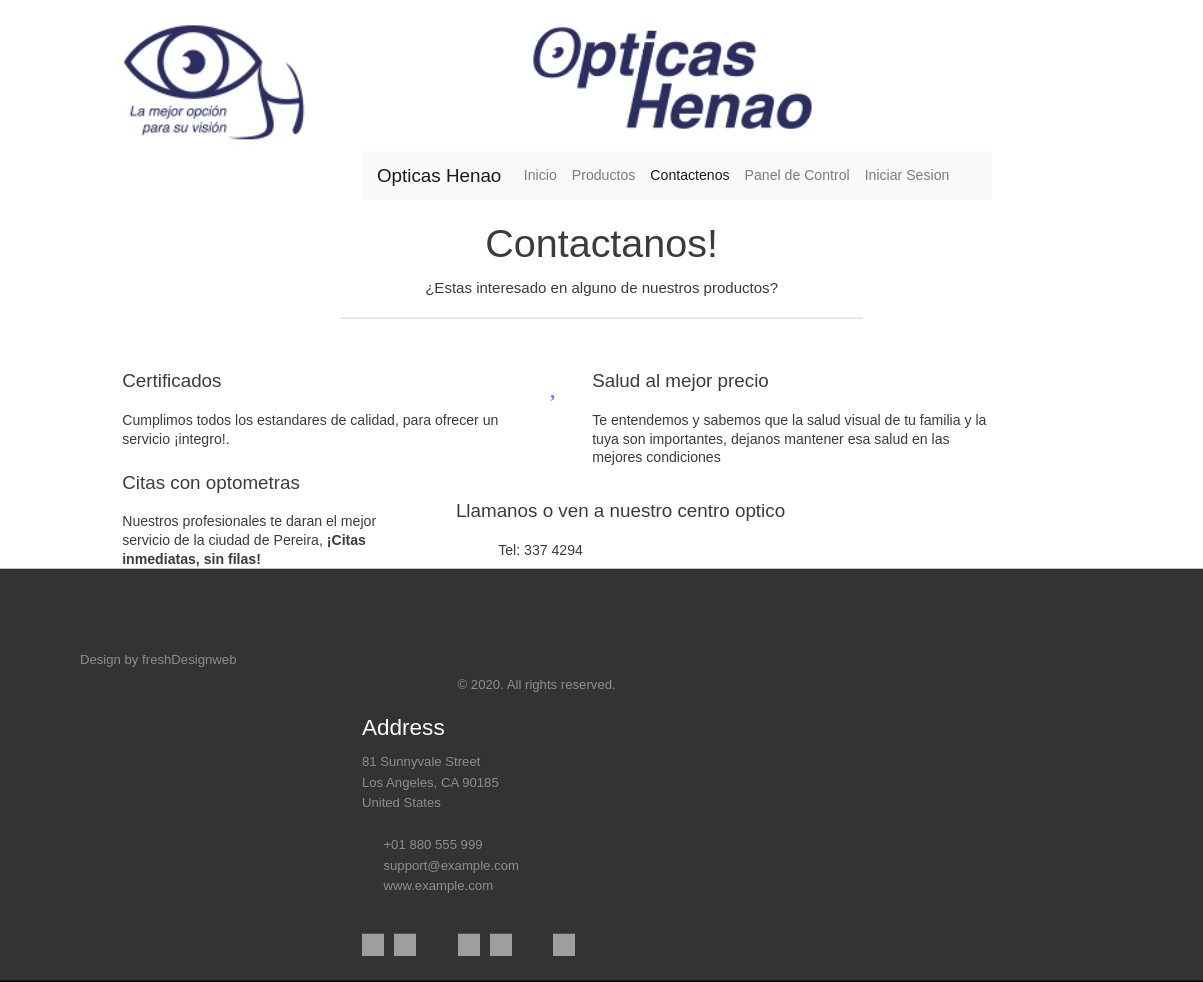
Repository: camilo1505/optometra
Page: contactanos.html
These files come from the project's save history. The page is drawn as it stood at one moment and after a run of saves; the edit follows.
The browser window is 1280 px wide. The pictures show the whole page, at 94% of full size.
Pictures or frames that could not be fetched are drawn as grey boxes. Some web fonts or font styles are not loaded; a fallback is used.

Above is the page before, as saved 2019-04-14 21:57:07.
Console error (its wording comes from the project's code and is left out).

### contactanos.html
<!DOCTYPE html>
<html lang="es">

<head>
  <meta charset="UTF-8">
  <meta name="viewport" content="width=device-width, initial-scale=1.0">
  <title>Opticas Henao</title>
  <link href="css/styles.css" rel="stylesheet">
  <link href="css/bootstrap-override.css" rel="stylesheet">
  <link href="css/font-awesome/font-awesome.css" rel="stylesheet">
  <link rel="stylesheet" href="css/flexslider.css" type="text/css" media="screen">
</head>

<body>
  <header id="header">
    <div class="container">
      <div class="row t-container">
        <div class="span3">
          <div class="logo">
            <a href="index.html"><img src="logo.png" alt="" /></a>
          </div>
        </div>
        <div class="span7">
          <div class="row space10"></div>
          <img src="nombre.png" alt="">
          <nav class="navbar navbar-expand-lg navbar-light bg-light">
            <a class="navbar-brand" href="index.html">Opticas Henao</a>
            <button class="navbar-toggler" type="button" data-toggle="collapse" data-target="#navbarSupportedContent"
              aria-controls="navbarSupportedContent" aria-expanded="false" aria-label="Toggle navigation">
              <span class="navbar-toggler-icon"></span>
            </button>
            <div class="collapse navbar-collapse" id="navbarNav">
              <ul class="navbar-nav">
                <li>
                  <a class="nav-link" href="index.html">Inicio<span class="sr-only">(current)</span></a>
                </li>
                <li>
                  <a class="nav-link" href="productos.php">Productos<span class="sr-only">(current)</span></a>
                </li>
                <li class="nav-item active">
                  <a class="nav-link" href="contactanos.html">Contactenos<span class="sr-only">(current)</span></a>
                </li>
                <li>
                  <a class="nav-link" href="php/panel-control.php">Panel de Control<span class="sr-only">(current)</span></a>
                </li>
                <li>
                    <a class="nav-link" href="login.html">Iniciar Sesion<span class="sr-only">(current)</span></a>
                </li>
              </ul>
            </div>
          </nav>
        </div>
      </div>
  </header>

  <div id="content">
    <div class="container">
      <div class="f-center">
        <h2>Contactanos!</h2>
        <div class="head-info">
          ¿Estas interesado en alguno de nuestros productos?
        </div>
      </div>
      <div class="f-hr"></div>
      <div class="row space50"></div>
      <div class="row">
        <div class="span12">
          <div class="row">
            <!-- Service Container -->
            <div class="span5">
              <!-- Service Icon -->
              <div class="ic-1"><i class="icon-ok"></i></div>
              <!-- Service Title -->
              <div class="title-1">
                <h4>Certificados</h4>
              </div>
              <!-- Service Content -->
              <div class="text-1">
                Cumplimos todos los estandares de calidad, para ofrecer un servicio ¡integro!.
              </div>
            </div>
            <!-- Service Container End -->
            <div class="span5">
              <div class="ic-1"><i class="icon-heart"></i></div>
              <div class="title-1">
                <h4>Salud al mejor precio</h4>
              </div>
              <div class="text-1">
                Te entendemos y sabemos que la salud visual de tu familia y la tuya son importantes, dejanos mantener esa salud en las mejores condiciones
              </div>
            </div>
            <div class="span4">
              <div class="ic-1"><i class="icon-eye-open"></i></div>
              <div class="title-1">
                <h4>Citas con optometras</h4>
              </div>
              <div class="text-1">
                Nuestros profesionales te daran el mejor servicio de la ciudad de Pereira,<b> ¡Citas inmediatas, sin filas!</b>
              </div>
            </div>
            <!-- Service Container -->
            <div class="span4">
              <!-- Service Icon -->
              <div class="ic-1"><i class="icon-phone"></i></div>
              <!-- Service Title -->
              <div class="title-1">
                <h4>Llamanos o ven a nuestro centro optico</h4>
              </div>
              <!-- Service Content -->
              <div class="text-1">
                Tel: 337 4294

              </div>
            </div>
          </div>
        </div>
      </div>
    </div>
  </div>
  <!-- Content End -->

  <!-- Footer -->
  <footer id="footer">
    <div class="container">

      <div class="row space50"></div>
      <div class="row">
        <div class="span6">
          <div class="logo-footer">
            Design by <a href="https://www.freshdesignweb.com">freshDesignweb</a>
          </div>
        </div>
        <div class="span6 right">
          &copy; 2020. All rights reserved.
        </div>
        <div class="span3 offset3">
          <h3>Address</h3>
          81 Sunnyvale Street<br>
          Los Angeles, CA 90185<br>
          United States<br>
          <br>
          <i class="icon-phone"></i>+01 880 555 999<br>
          <i class="icon-envelope"></i><a href="mailto:support@example.com">support@example.com</a><br>
          <i class="icon-home"></i><a href="#">www.example.com</a>

          <div class="row space40"></div>

          <a href="#" class="social-network sn2 behance"></a>
          <a href="#" class="social-network sn2 facebook"></a>
          <a href="#" class="social-network sn2 pinterest"></a>
          <a href="#" class="social-network sn2 flickr"></a>
          <a href="#" class="social-network sn2 dribbble"></a>
          <a href="#" class="social-network sn2 lastfm"></a>
          <a href="#" class="social-network sn2 forrst"></a>
          <a href="#" class="social-network sn2 xing"></a>
        </div>
      </div>

    </div>
  </footer>
  <!-- Footer End -->
  <!-- JavaScripts -->
  <script type="text/javascript" src="js/jquery-1.8.3.min.js"></script>
  <script type="text/javascript" src="js/bootstrap.min.js"></script>
  <script type="text/javascript" src="js/functions.js"></script>
  <script type="text/javascript" defer src="js/jquery.flexslider.js"></script>
</body>

</html>

### css/bootstrap-override.css
/*  Resolutions below 1200px  */

@media (max-width: 1200px) {

  #header {
	  height:auto;
  }
  #titlebar h3{ padding-left:10px;}
  .texture{
    left:-148px;
    width:560px;
  }

  .texture-footer {
    width:68%;
    right:-130px;
  }

  .logo {
    margin-top:60px;
  }

  .form-main input, .form-main textarea {
    width:93.7%;
  }

  .form-comment input {
    width:92.2%;
  }

  .form-comment textarea {
    width:96.2%;
  }

  #map {
    height:220px;
  }

}

/*  Resolutions below 980px  */

@media (max-width: 980px) {

  #header {
    height:auto;
  }

  .texture{
    left:-116px;
    width:440px;
  }

  .texture-footer {
    width:70%;
    top:0px;
    right:-102px;
  }

  .logo {
    margin-top:45px;
  }

  .form-main input, .form-main textarea {
    width:92%;
  }

  .form-comment input {
    width:89.5%;
  }

  .form-comment textarea {
    width:95%;
  }

  #map {
    height:166px;
  }

}

/*  Resolutions below 768px  */

@media (max-width: 768px) {

  #header, #footer, #content {
    padding:0 12px;
  }

  #header {
    height:auto;
  }

  .h-button {
    position:relative;
  }

  #our-clients img {
    width:auto !important;
    float:left;
  }

  .f-right {
    float:left !important;
  }

  .right {
    text-align:left !important;
  }

  .text-1 {
    padding:0px !important;
  }

  .back-top {
    top:0px !important;
    float:left !important;
  }

  .search-box {
    clear:both;
  }

  .search {
    width:83%;
    padding-left:2%;
  }

  /* vertical padding for span* */
  [class*="span"] {
    margin-bottom: 12px !important;
  }

  /* height of space* */
  [class*="space"] {
    height:10px !important;
  }

  h1 {
    padding-top:0px;
  }

    /* Main Navigation - Hidden */
  .navbar .nav {
    display:none !important;
  }

  .navbar {
    float:left !important;
    width:100%;
  }

  /* Select Box Navigation - Show */
  .navbar .nav-responsive {
    display:block !important;
    width:100%;
    clear:both;
  }

  .logo {
    width:200px;
  }

  .texture {
    display:none !important;
  }

  .texture-footer {
    display:none;
  }

  .form-main input, .form-main textarea {
    width:96%;
    padding-left:2%;
    padding-right:2%;
  }

  .form-comment input {
    width:92%;
    padding-left:2%;
    padding-right:2%;
  }

  .form-comment textarea {
    width:92%;
    padding-left:2%;
    padding-right:2%;
  }

}

### css/flexslider.css
/*
 * jQuery FlexSlider v2.0
 * http://www.woothemes.com/flexslider/
 *
 * Copyright 2012 WooThemes
 * Free to use under the GPLv2 license.
 * http://www.gnu.org/licenses/gpl-2.0.html
 *
 * Contributing author: Tyler Smith (@mbmufffin)
 */


/* Browser Resets */
.flex-container a:active,
.flexslider a:active,
.flex-container a:focus,
.flexslider a:focus  {outline: none;}
.slides,
.flex-control-nav,
.flex-direction-nav {margin: 0; padding: 0; list-style: none;}

/* FlexSlider Necessary Styles
*********************************/
.flexslider {margin: 0; padding: 0;}
.flexslider .slides > li {display: none; -webkit-backface-visibility: hidden;} /* Hide the slides before the JS is loaded. Avoids image jumping */
.flexslider .slides img {width: 100%; display: block;}
.flex-pauseplay span {text-transform: capitalize;}

/* Clearfix for the .slides element */
.slides:after {content: "."; display: block; clear: both; visibility: hidden; line-height: 0; height: 0;}
html[xmlns] .slides {display: block;}
* html .slides {height: 1%;}

/* No JavaScript Fallback */
/* If you are not using another script, such as Modernizr, make sure you
 * include js that eliminates this class on page load */
.no-js .slides > li:first-child {display: block;}


/* FlexSlider Default Theme
*********************************/
.flexslider {margin: 0px; background: #fff; border: 0px solid #fff; position: relative; -webkit-border-radius: 0px; -moz-border-radius: 0px; -o-border-radius: 0px; border-radius: 0px; box-shadow: 0 0px 0px rgba(0,0,0,.2); -webkit-box-shadow: 0 0px 0px rgba(0,0,0,.2); -moz-box-shadow: 0 0px 0px rgba(0,0,0,.2); -o-box-shadow: 0 0px 0px rgba(0,0,0,.2); zoom: 1;}
.flex-viewport {max-height: 2000px; -webkit-transition: all 1s ease; -moz-transition: all 1s ease; transition: all 1s ease;}
.loading .flex-viewport {max-height: 300px;}
.flexslider .slides {zoom: 1;}

.carousel li {margin-right: 5px}

/* Direction Nav */
/*
.flex-direction-nav {*height: 0;}
.flex-direction-nav a {width: 20px; height: 40px; margin: -25px 0 0; display: block; background: url(../img/bg-direction-nav.png) no-repeat 0 0; position: absolute; bottom: 20px; z-index: 10; cursor: pointer; font-size:0px; text-indent: -20px; opacity: 0.9; -webkit-transition: all .3s ease;}
.flex-direction-nav .flex-next {background-position: 100% 0; right: 20px; }
.flex-direction-nav .flex-prev {right: 60px;}
.flexslider:hover .flex-next {opacity: 0.9; right: 20px;}
.flexslider:hover .flex-prev {opacity: 0.9; right: 60px;}
.flexslider:hover .flex-next:hover, .flexslider:hover .flex-prev:hover {opacity: 1;}
.flex-direction-nav .flex-disabled {opacity: .6!important; filter:alpha(opacity=60); cursor: default;}
*/

/* Control Nav */
.flex-control-nav {display:none; width: 100%; position: absolute; bottom: 12px; right: 12px; text-align: right;}
.flex-control-nav li {margin: 0 6px; display: inline-block; zoom: 1; *display: inline;}
.flex-control-paging li a {width: 8px; height: 8px; display: block; background: #fff; background: rgba(0,0,0,0); border:2px solid #b8b8b8; cursor: pointer; font-size:0px; text-indent: -20px; -webkit-border-radius: 20px; -moz-border-radius: 20px; -o-border-radius: 20px; border-radius: 20px; box-shadow: inset 0 0 3px rgba(0,0,0,0.3);}
.flex-control-paging li a:hover { background: #fff; background: rgba(255,255,255,0.2); }
.flex-control-paging li a.flex-active {position:relative; top: -2px; width: 12px; height: 12px; border:0px; background: #fff; background: rgba(255,255,255,0.9); cursor: default; }

.flex-control-thumbs {margin: 5px 0 0; position: static; overflow: hidden;}
.flex-control-thumbs li {width: 25%; float: left; margin: 0;}
.flex-control-thumbs img {width: 100%; display: block; opacity: .7; cursor: pointer;}
.flex-control-thumbs img:hover {opacity: 1;}
.flex-control-thumbs .flex-active {opacity: 1; cursor: default;}

@media screen and (max-width: 860px) {
.slider1 .flex-direction-nav a {position: absolute; bottom: 20px;}
.slider1 .flex-direction-nav .flex-prev {opacity: 0.8; left: 20px !important; text-indent: -500px; -webkit-transition: position 0.6s ease;}
.slider1 .flex-direction-nav .flex-next {opacity: 0.8; right: 20px !important; text-indent: -500px; -webkit-transition: position 0.6s ease;}
.slider1:hover .flex-prev {opacity: 1; left: 20px !important;}
.slider1:hover .flex-next {opacity: 1; right: 20px !important;}
.slider1 .flex-control-nav {display:none;}
}

/* Direction Nav Slider1 */
.slider1 .flex-direction-nav {*height: 0;}
.slider1 .flex-direction-nav a {width: 40px; height: 40px; margin: -20px 0 0 0; display: block; background: url(../img/bg-direction-nav.png) no-repeat 0 0; position: absolute; top: 50%; z-index: 10; cursor: pointer; font-size:0px; text-indent: -20px; opacity: 0.5; -webkit-transition: all .3s ease;}
.slider1 .flex-direction-nav .flex-next {background-position: 100% 0; right: 20px;}
.slider1 .flex-direction-nav .flex-prev {left: 20px;}
.slider1:hover .flex-next {opacity: .8; right: 20px;}
.slider1:hover .flex-prev {opacity: .8; left: 20px;}
.slider1 .flexslider:hover .flex-next:hover, .flexslider:hover .flex-prev:hover {opacity: 1;}
.slider1 .flex-direction-nav .flex-disabled {opacity: .6!important; filter:alpha(opacity=60); cursor: default;}

/* Direction Nav Slider2 */
.slider2  {background:transparent;}
.slider2 .flex-direction-nav {*height: 0;}
.slider2 .flex-direction-nav a {width: 34px; height: 34px; margin: -21px 0 0; display: block; background: url(../img/bg-direction-nav-2.png) no-repeat 0 0; position: absolute; top: -23px; z-index: 10; cursor: pointer; text-indent: -2500px; opacity: .8; -webkit-transition: all .3s ease;}
.slider2 .flex-direction-nav .flex-next {background-position: 100% 0; right: 0px; }
.slider2 .flex-direction-nav .flex-prev {right: 35px;}
.slider2:hover .flex-next {opacity: 1;}
.slider2:hover .flex-prev {opacity: 1;}
.slider2 .flexslider:hover .flex-next:hover, .flexslider:hover .flex-prev:hover {opacity: .8;}
.slider2 .flex-direction-nav .flex-disabled {opacity: .6!important; filter:alpha(opacity=60); cursor: default;}
.slider2 .flex-control-nav {display:none;}

Loaded but not shown: css/font-awesome/font-awesome.css (library); js/jquery-1.8.3.min.js (library); js/bootstrap.min.js (library); css/bootstrap.min.css (library); css/bootstrap-responsive.min.css (library); js/jquery.flexslider.js (library); js/functions.js (217 lines, source omitted); css/styles.css (1527 lines, source omitted)

After the next 2 saves:
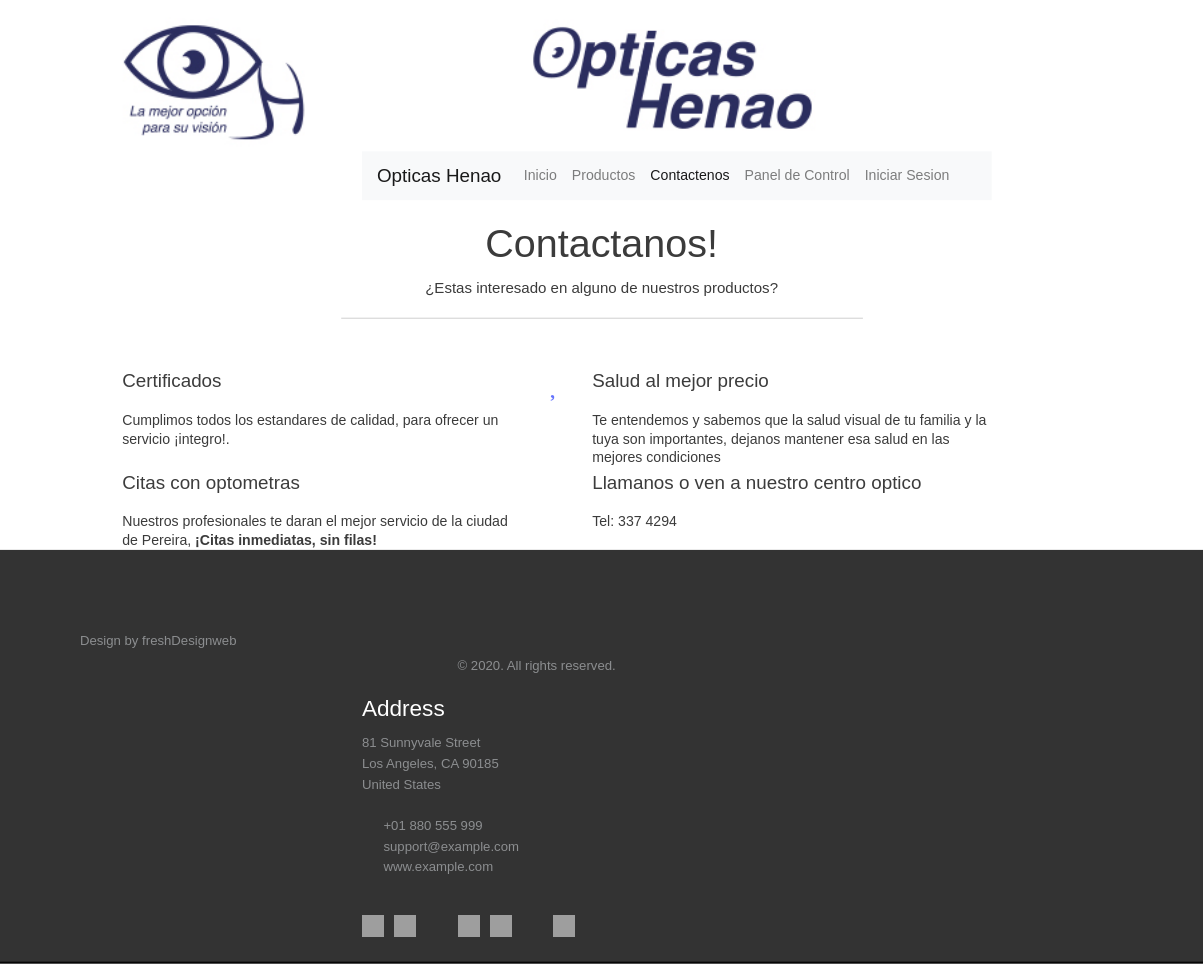
The 2 saves are shown as one change because they came seconds apart.
The last was saved 7 s later.
--- a/contactanos.html
+++ b/contactanos.html
@@ -89,7 +89,7 @@
                 Te entendemos y sabemos que la salud visual de tu familia y la tuya son importantes, dejanos mantener esa salud en las mejores condiciones
               </div>
             </div>
-            <div class="span4">
+            <div class="span5">
               <div class="ic-1"><i class="icon-eye-open"></i></div>
               <div class="title-1">
                 <h4>Citas con optometras</h4>
@@ -99,7 +99,7 @@
               </div>
             </div>
             <!-- Service Container -->
-            <div class="span4">
+            <div class="span5">
               <!-- Service Icon -->
               <div class="ic-1"><i class="icon-phone"></i></div>
               <!-- Service Title -->
